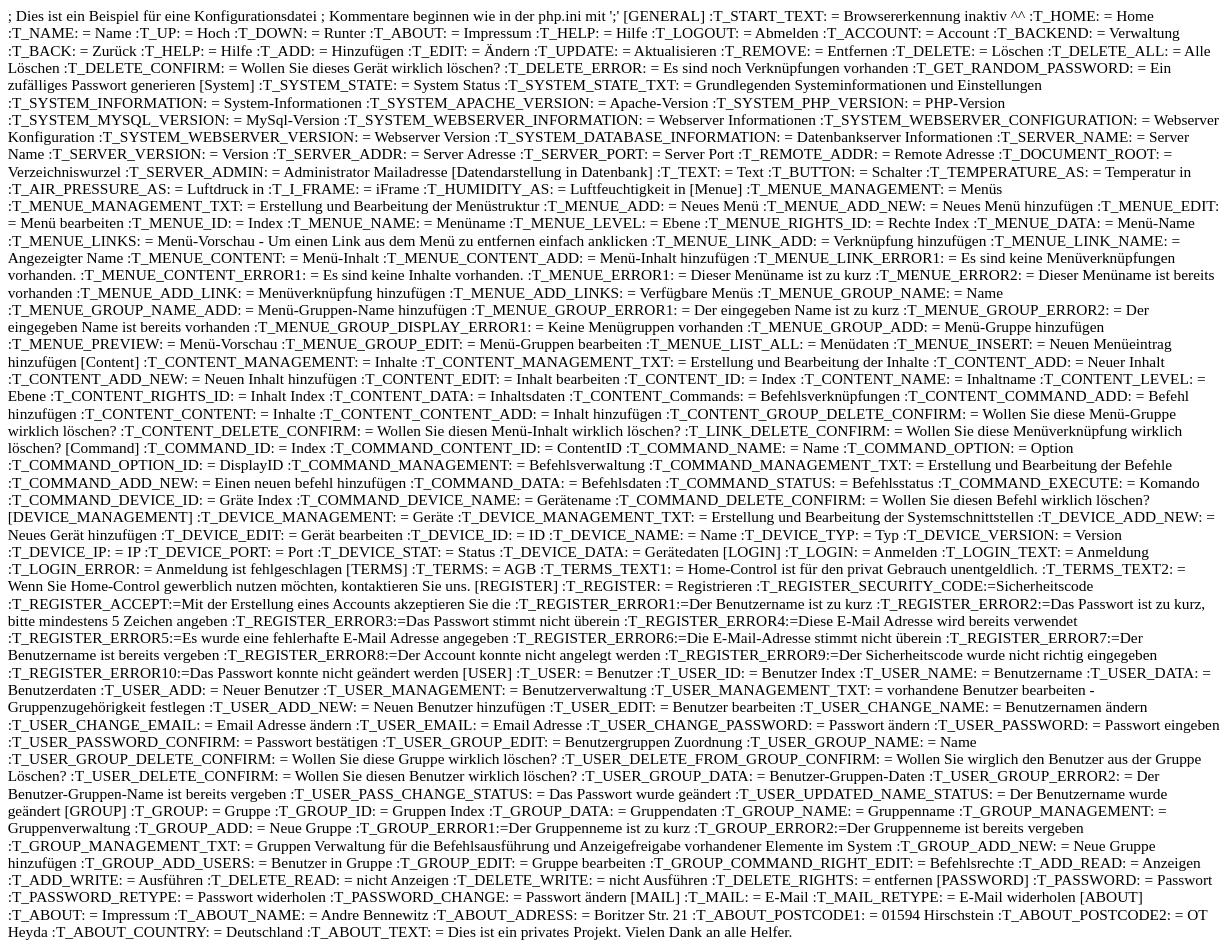
Repository: 0xF3ERROR/Home-Control
Page: http://localhost/language/lang_Ger.php
An editor plug-in stored every save of this project. The page is shown before and after the next save, followed by the edit.
The browser window is 1280 px wide. The pictures show the whole page, at 96% of full size.
The page is run by PHP 8.4 with error messages shown; the project is at /var/www/html/.

Above is the page before, as saved 2012-09-17 19:23:59.

### Source/language/lang_Ger.php
; Dies ist ein Beispiel für eine Konfigurationsdatei
; Kommentare beginnen wie in der php.ini mit ';'


[GENERAL]
:T_START_TEXT: = Browsererkennung inaktiv ^^
:T_HOME: = Home
:T_NAME: = Name
:T_UP: = Hoch
:T_DOWN: = Runter
:T_ABOUT: = Impressum
:T_HELP: = Hilfe
:T_LOGOUT: = Abmelden
:T_ACCOUNT: = Account
:T_BACKEND: = Verwaltung
:T_BACK: = Zurück
:T_HELP: = Hilfe
:T_ADD: = Hinzufügen
:T_EDIT: = Ändern
:T_UPDATE: = Aktualisieren
:T_REMOVE: = Entfernen
:T_DELETE: = Löschen
:T_DELETE_ALL: = Alle Löschen
:T_DELETE_CONFIRM: = Wollen Sie dieses Gerät wirklich löschen?
:T_DELETE_ERROR: = Es sind noch Verknüpfungen vorhanden
:T_GET_RANDOM_PASSWORD: = Ein zufälliges Passwort generieren


[System]
:T_SYSTEM_STATE: = System Status
:T_SYSTEM_STATE_TXT: = Grundlegenden Systeminformationen und Einstellungen
:T_SYSTEM_INFORMATION: = System-Informationen
:T_SYSTEM_APACHE_VERSION: = Apache-Version
:T_SYSTEM_PHP_VERSION: = PHP-Version
:T_SYSTEM_MYSQL_VERSION: = MySql-Version
:T_SYSTEM_WEBSERVER_INFORMATION: = Webserver Informationen
:T_SYSTEM_WEBSERVER_CONFIGURATION: = Webserver Konfiguration
:T_SYSTEM_WEBSERVER_VERSION: = Webserver Version
:T_SYSTEM_DATABASE_INFORMATION: = Datenbankserver Informationen
:T_SERVER_NAME: = Server Name
:T_SERVER_VERSION: = Version
:T_SERVER_ADDR: = Server Adresse
:T_SERVER_PORT: = Server Port
:T_REMOTE_ADDR: = Remote Adresse
:T_DOCUMENT_ROOT: = Verzeichniswurzel
:T_SERVER_ADMIN: = Administrator Mailadresse





[Datendarstellung in Datenbank]
:T_TEXT: = Text
:T_BUTTON: = Schalter
:T_TEMPERATURE_AS: = Temperatur in
:T_AIR_PRESSURE_AS: = Luftdruck in
:T_I_FRAME: = iFrame
:T_HUMIDITY_AS: = Luftfeuchtigkeit in



[Menue]
:T_MENUE_MANAGEMENT: = Menüs
:T_MENUE_MANAGEMENT_TXT: = Erstellung und Bearbeitung der Menüstruktur
:T_MENUE_ADD: = Neues Menü
:T_MENUE_ADD_NEW: = Neues Menü hinzufügen
:T_MENUE_EDIT: = Menü bearbeiten
:T_MENUE_ID: = Index
:T_MENUE_NAME: = Menüname
:T_MENUE_LEVEL: = Ebene
:T_MENUE_RIGHTS_ID: = Rechte Index
:T_MENUE_DATA: = Menü-Name
:T_MENUE_LINKS: = Menü-Vorschau - Um einen Link aus dem Menü zu entfernen einfach anklicken
:T_MENUE_LINK_ADD: = Verknüpfung hinzufügen
:T_MENUE_LINK_NAME: = Angezeigter Name
:T_MENUE_CONTENT: = Menü-Inhalt
:T_MENUE_CONTENT_ADD: = Menü-Inhalt hinzufügen
:T_MENUE_LINK_ERROR1: = Es sind keine Menüverknüpfungen vorhanden.
:T_MENUE_CONTENT_ERROR1: = Es sind keine Inhalte vorhanden.
:T_MENUE_ERROR1: = Dieser Menüname ist zu kurz
:T_MENUE_ERROR2: = Dieser Menüname ist bereits vorhanden
:T_MENUE_ADD_LINK: = Menüverknüpfung hinzufügen
:T_MENUE_ADD_LINKS: = Verfügbare Menüs
:T_MENUE_GROUP_NAME: = Name
:T_MENUE_GROUP_NAME_ADD: = Menü-Gruppen-Name hinzufügen
:T_MENUE_GROUP_ERROR1: = Der eingegeben Name ist zu kurz
:T_MENUE_GROUP_ERROR2: = Der eingegeben Name ist bereits vorhanden
:T_MENUE_GROUP_DISPLAY_ERROR1: = Keine Menügruppen vorhanden
:T_MENUE_GROUP_ADD: = Menü-Gruppe hinzufügen
:T_MENUE_PREVIEW: = Menü-Vorschau
:T_MENUE_GROUP_EDIT: = Menü-Gruppen bearbeiten
:T_MENUE_LIST_ALL: = Menüdaten
:T_MENUE_INSERT: = Neuen Menüeintrag hinzufügen
[Content]
:T_CONTENT_MANAGEMENT: = Inhalte
:T_CONTENT_MANAGEMENT_TXT: = Erstellung und Bearbeitung der Inhalte
:T_CONTENT_ADD: = Neuer Inhalt
:T_CONTENT_ADD_NEW: = Neuen Inhalt hinzufügen
:T_CONTENT_EDIT: = Inhalt bearbeiten
:T_CONTENT_ID: = Index
:T_CONTENT_NAME: = Inhaltname
:T_CONTENT_LEVEL: = Ebene
:T_CONTENT_RIGHTS_ID: = Inhalt Index
:T_CONTENT_DATA: = Inhaltsdaten
:T_CONTENT_Commands: = Befehlsverknüpfungen
:T_CONTENT_COMMAND_ADD: = Befehl hinzufügen
:T_CONTENT_CONTENT: = Inhalte
:T_CONTENT_CONTENT_ADD: = Inhalt hinzufügen
:T_CONTENT_GROUP_DELETE_CONFIRM: = Wollen Sie diese Menü-Gruppe wirklich löschen?
:T_CONTENT_DELETE_CONFIRM: = Wollen Sie diesen Menü-Inhalt wirklich löschen?
:T_LINK_DELETE_CONFIRM: = Wollen Sie diese Menüverknüpfung wirklich löschen?



[Command]
:T_COMMAND_ID: = Index
:T_COMMAND_CONTENT_ID: = ContentID
:T_COMMAND_NAME: = Name
:T_COMMAND_OPTION: = Option
:T_COMMAND_OPTION_ID: = DisplayID
:T_COMMAND_MANAGEMENT: = Befehlsverwaltung
:T_COMMAND_MANAGEMENT_TXT: = Erstellung und Bearbeitung der Befehle
:T_COMMAND_ADD_NEW: = Einen neuen befehl hinzufügen
:T_COMMAND_DATA: = Befehlsdaten
:T_COMMAND_STATUS: = Befehlsstatus
:T_COMMAND_EXECUTE: = Komando
:T_COMMAND_DEVICE_ID: = Gräte Index
:T_COMMAND_DEVICE_NAME: = Gerätename
:T_COMMAND_DELETE_CONFIRM: = Wollen Sie diesen Befehl wirklich löschen?


[DEVICE_MANAGEMENT]
:T_DEVICE_MANAGEMENT: = Geräte
:T_DEVICE_MANAGEMENT_TXT: = Erstellung und Bearbeitung der Systemschnittstellen
:T_DEVICE_ADD_NEW: = Neues Gerät hinzufügen
:T_DEVICE_EDIT: = Gerät bearbeiten
:T_DEVICE_ID: = ID
:T_DEVICE_NAME: = Name
:T_DEVICE_TYP: = Typ
:T_DEVICE_VERSION: = Version
:T_DEVICE_IP: = IP
:T_DEVICE_PORT: = Port
:T_DEVICE_STAT: = Status
:T_DEVICE_DATA: = Gerätedaten


[LOGIN]
:T_LOGIN: = Anmelden
:T_LOGIN_TEXT: = Anmeldung
:T_LOGIN_ERROR: = Anmeldung ist fehlgeschlagen


[TERMS]
:T_TERMS: = AGB
:T_TERMS_TEXT1: = Home-Control ist für den privat Gebrauch unentgeldlich.
:T_TERMS_TEXT2: = Wenn Sie Home-Control gewerblich nutzen möchten, kontaktieren Sie uns.


[REGISTER]
:T_REGISTER: = Registrieren
:T_REGISTER_SECURITY_CODE:=Sicherheitscode
:T_REGISTER_ACCEPT:=Mit der Erstellung eines Accounts akzeptieren Sie die
:T_REGISTER_ERROR1:=Der Benutzername ist zu kurz
:T_REGISTER_ERROR2:=Das Passwort ist zu kurz, bitte mindestens 5 Zeichen angeben
:T_REGISTER_ERROR3:=Das Passwort stimmt nicht überein
:T_REGISTER_ERROR4:=Diese E-Mail Adresse wird bereits verwendet
:T_REGISTER_ERROR5:=Es wurde eine fehlerhafte E-Mail Adresse angegeben
:T_REGISTER_ERROR6:=Die E-Mail-Adresse stimmt nicht überein
:T_REGISTER_ERROR7:=Der Benutzername ist bereits vergeben
:T_REGISTER_ERROR8:=Der Account konnte nicht angelegt werden
:T_REGISTER_ERROR9:=Der Sicherheitscode wurde nicht richtig eingegeben
:T_REGISTER_ERROR10:=Das Passwort konnte nicht geändert werden


[USER]
:T_USER: = Benutzer
:T_USER_ID: = Benutzer Index
:T_USER_NAME: = Benutzername
:T_USER_DATA: = Benutzerdaten
:T_USER_ADD: = Neuer Benutzer
:T_USER_MANAGEMENT: = Benutzerverwaltung
:T_USER_MANAGEMENT_TXT: = vorhandene Benutzer bearbeiten - Gruppenzugehörigkeit festlegen
:T_USER_ADD_NEW: = Neuen Benutzer hinzufügen
:T_USER_EDIT: = Benutzer bearbeiten
:T_USER_CHANGE_NAME: = Benutzernamen ändern
:T_USER_CHANGE_EMAIL: = Email Adresse ändern
:T_USER_EMAIL: = Email Adresse
:T_USER_CHANGE_PASSWORD: = Passwort ändern
:T_USER_PASSWORD: = Passwort eingeben
:T_USER_PASSWORD_CONFIRM: = Passwort bestätigen
:T_USER_GROUP_EDIT: = Benutzergruppen Zuordnung
:T_USER_GROUP_NAME: = Name
:T_USER_GROUP_DELETE_CONFIRM: = Wollen Sie diese Gruppe wirklich löschen?
:T_USER_DELETE_FROM_GROUP_CONFIRM: = Wollen Sie wirglich den Benutzer aus der Gruppe Löschen?
:T_USER_DELETE_CONFIRM: = Wollen Sie diesen Benutzer wirklich löschen?
:T_USER_GROUP_DATA: = Benutzer-Gruppen-Daten
:T_USER_GROUP_ERROR2: = Der Benutzer-Gruppen-Name ist bereits vergeben


:T_USER_PASS_CHANGE_STATUS: = Das Passwort wurde geändert
:T_USER_UPDATED_NAME_STATUS: = Der Benutzername wurde geändert


[GROUP]
:T_GROUP: = Gruppe
:T_GROUP_ID: = Gruppen Index
:T_GROUP_DATA: = Gruppendaten
:T_GROUP_NAME: = Gruppenname
:T_GROUP_MANAGEMENT: = Gruppenverwaltung
:T_GROUP_ADD: = Neue Gruppe
:T_GROUP_ERROR1:=Der Gruppenneme ist zu kurz
:T_GROUP_ERROR2:=Der Gruppenneme ist bereits vergeben
:T_GROUP_MANAGEMENT_TXT: = Gruppen Verwaltung für die Befehlsausführung und Anzeigefreigabe vorhandener Elemente im System
:T_GROUP_ADD_NEW: = Neue Gruppe hinzufügen
:T_GROUP_ADD_USERS: = Benutzer in Gruppe
:T_GROUP_EDIT: = Gruppe bearbeiten
:T_GROUP_COMMAND_RIGHT_EDIT: = Befehlsrechte
:T_ADD_READ: = Anzeigen
:T_ADD_WRITE: = Ausführen
:T_DELETE_READ: = nicht Anzeigen
:T_DELETE_WRITE: = nicht Ausführen
:T_DELETE_RIGHTS: = entfernen

[PASSWORD]
:T_PASSWORD: = Passwort
:T_PASSWORD_RETYPE: = Passwort widerholen
:T_PASSWORD_CHANGE: = Passwort ändern


[MAIL]
:T_MAIL: = E-Mail
:T_MAIL_RETYPE: = E-Mail widerholen


[ABOUT]
:T_ABOUT: = Impressum
:T_ABOUT_NAME: = Andre Bennewitz
:T_ABOUT_ADRESS: = Boritzer Str. 21
:T_ABOUT_POSTCODE1: = 01594 Hirschstein
:T_ABOUT_POSTCODE2: = OT Heyda
:T_ABOUT_COUNTRY: = Deutschland
:T_ABOUT_TEXT: = Dies ist ein privates Projekt. Vielen Dank an alle Helfer.

After the next save:
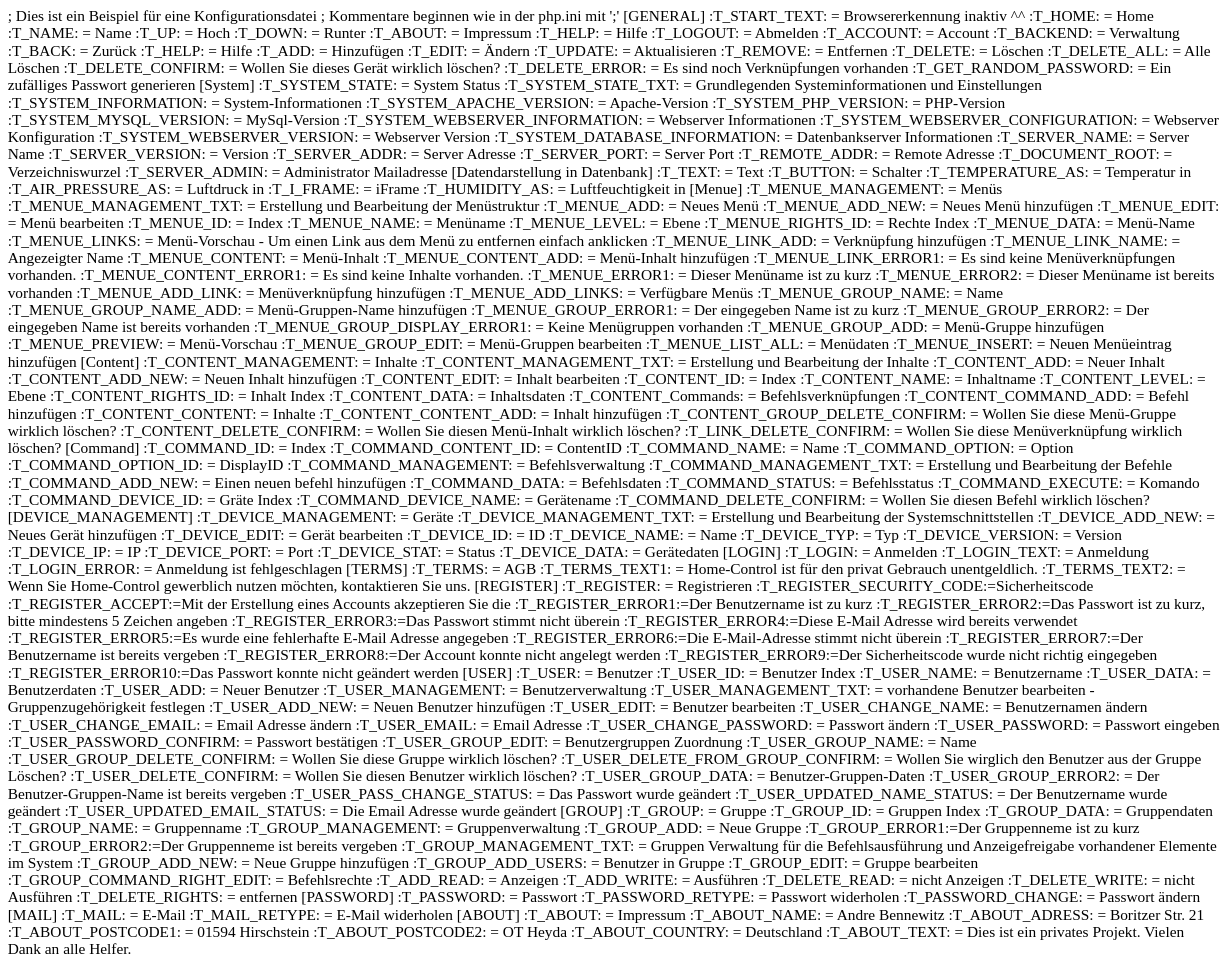
Saved 29 s later.
--- a/Source/language/lang_Ger.php
+++ b/Source/language/lang_Ger.php
@@ -199,7 +199,7 @@
 
 :T_USER_PASS_CHANGE_STATUS: = Das Passwort wurde geändert
 :T_USER_UPDATED_NAME_STATUS: = Der Benutzername wurde geändert
-
+:T_USER_UPDATED_EMAIL_STATUS: = Die Email Adresse wurde geändert
 
 [GROUP]
 :T_GROUP: = Gruppe
